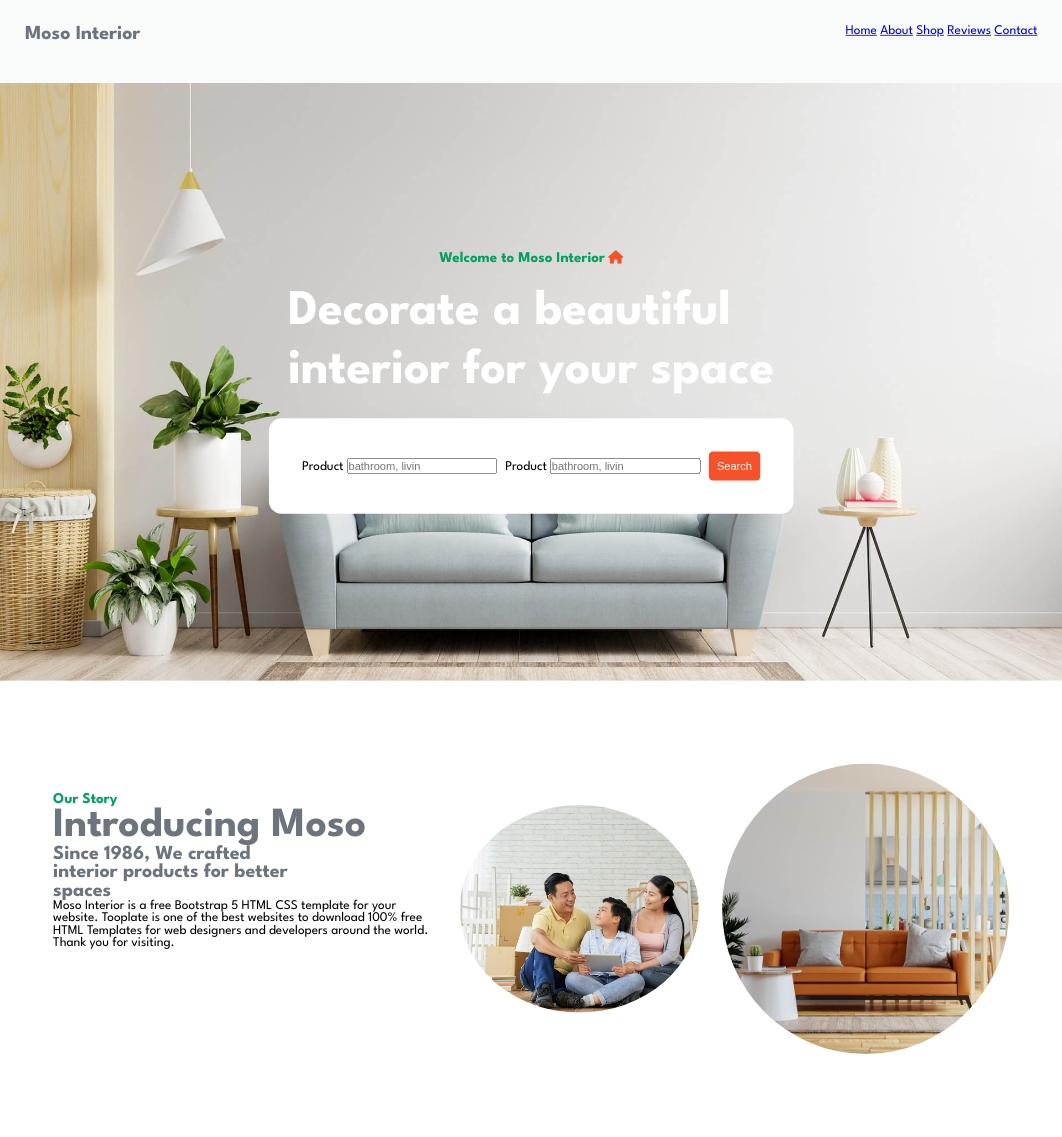
Repository: mariamnabil23/furniture
Page: index.html
These files come from the project's save history. The page is drawn as it stood at one moment and after a run of saves; the edit follows.
The browser window is 1280 px wide. The pictures show the whole page, at 83% of full size.
Some web fonts or font styles are not loaded; a fallback is used.

Above is the page before, as saved 2024-10-30 16:19:50.

### index.html
<!DOCTYPE html>
<html lang="en">

<head>
    <meta charset="UTF-8">
    <meta name="viewport" content="width=device-width, initial-scale=1.0">
    <title>Furnture</title>

    <!-- font awesome -->
    <link rel="stylesheet" href="https://cdnjs.cloudflare.com/ajax/libs/font-awesome/6.0.0-beta3/css/all.min.css">

    <!-- google font -->
    <link rel="preconnect" href="https://fonts.googleapis.com">
    <link rel="preconnect" href="https://fonts.gstatic.com" crossorigin>
    <link
        href="https://fonts.googleapis.com/css2?family=Anton&family=DM+Sans:ital,opsz,wght@0,9..40,100..1000;1,9..40,100..1000&family=Inter:wght@100..900&family=Karla:ital,wght@0,200..800;1,200..800&family=League+Spartan:wght@100..900&family=Montserrat:ital,wght@0,100..900;1,100..900&family=Nunito:ital,wght@0,200..1000;1,200..1000&family=Playwrite+GB+S:ital,wght@0,100..400;1,100..400&family=Saira+Semi+Condensed:wght@100;200;300;400;500;600;700;800;900&family=Sorts+Mill+Goudy:ital@0;1&family=Tajawal:wght@200;300;400;500;700;800;900&family=Work+Sans:ital,wght@0,100..900;1,100..900&family=Yellowtail&family=Zen+Dots&display=swap"
        rel="stylesheet">


    <link rel="stylesheet" href="style.css">
</head>

<body>
    <div class="container">
        <div class="navbar">
            <div class="left">
                <h2>Moso Interior</h2>
            </div>
            <div class="right">
                <ul>
                    <li><a href="#">Home</a></li>
                    <li><a href="#">About</a></li>
                    <li><a href="#">Shop</a></li>
                    <li><a href="#">Reviews</a></li>
                    <li><a href="#">Contact</a></li>
                </ul>
            </div>
        </div>

        <!-- home section -->
        <section class="home">
            <div class="content">
                <div class="top">
                    <h5>Welcome to Moso Interior</h5>
                    <i class="fas fa-home"></i>
                </div>
                <div class="middle">
                    <h1>Decorate a beautiful <br> interior for your space</h1>
                </div>
                <div class="bottom">
                    <div class="l">
                        <label>Product</label>
                        <input placeholder="bathroom, livin">
                    </div>
                    <div class="r">
                        <label>Product</label>
                        <input placeholder="bathroom, livin">
                    </div>
                    <div class="btn">
                        <button>Search</button>
                    </div>
                    <div class="down"><i class="fas fa-arrow"></i></div>
                </div>
            </div>
        </section>

        <!-- about section -->
        <section class="about">
            <div class="content">
                <div class="left">
                    <h5>Our Story</h5>
                    <h1>Introducing Moso</h1>
                    <h2>Since 1986, We crafted <br> interior products for better <br> spaces</h2>
                    <p>Moso Interior is a free Bootstrap 5 HTML CSS template for your website. Tooplate is one of the
                        best websites to download 100% free HTML Templates for web designers and developers around the
                        world. Thank you for visiting.</p>
                </div>
                <div class="middle">
                    <img src="/images/about1.jpg">
                </div>
                <div class="right">
                    <img src="/images/about2.jpg">
                </div>
            </div>
        </section>
    </div>
</body>

</html>

### style.css
@import url('https://fonts.googleapis.com/css2?family=Anton&family=DM+Sans:ital,opsz,wght@0,9..40,100..1000;1,9..40,100..1000&family=Inter:wght@100..900&family=Karla:ital,wght@0,200..800;1,200..800&family=League+Spartan:wght@100..900&family=Montserrat:ital,wght@0,100..900;1,100..900&family=Nunito:ital,wght@0,200..1000;1,200..1000&family=Playwrite+GB+S:ital,wght@0,100..400;1,100..400&family=Saira+Semi+Condensed:wght@100;200;300;400;500;600;700;800;900&family=Sorts+Mill+Goudy:ital@0;1&family=Tajawal:wght@200;300;400;500;700;800;900&family=Work+Sans:ital,wght@0,100..900;1,100..900&family=Yellowtail&family=Zen+Dots&display=swap');


*{
    box-sizing: border-box;
    padding: 0;
    margin: 0;
}
body{
    font-family: "League Spartan", sans-serif;
}
ul{
    list-style: none;
}

.navbar{
    width: 100%;
    height: 100px;
    background-color: rgb(249, 251, 251);
    padding: 30px;
}
.navbar .left{
    float: left;
    display: inline;
}
.navbar .right{
    float: right;
    display: inline;
}
.navbar .right ul li{
    display: inline;
}


/* home */
.home{
    width: 100%;
    height: 100vh;
    background-image: url("/images/home-bg-1.jpg");
    background-size: cover;
    display: flex;
    flex-direction: column;
    align-items: center;
    justify-content: center;
    align-items: center;
}
.home .content{
    display: flex;
    flex-direction: column;
    align-items: center;
    justify-content: center;
    align-items: center;
}
.home .top h5{
    display: inline;
    color: #00a05d;
    font-size: 18px;
}
.home .top i{
    color: #f65129;
}
.home .middle h1{
    color: white;
    font-size: 60px;
    margin: 20px 0;
    line-height: 1.2;
}
.home .bottom {
    background: white;
    border-radius: 15px;
    padding: 40px;
    display: flex;
}
.home .bottom .l,
.home .bottom .r{
    margin: auto;
}
.home .bottom .r,
.home .bottom .btn{
    padding-left: 10px;
}
.home .bottom button{
    background: #f65129;
    padding: 10px;
    color: white;
    border: none;
    border-radius: 5px;
}


/* about */

.about{

}
.about .content{
    display: flex;
    justify-content: space-between;
    align-items: center;
    width: 90%;
    margin: 100px auto;
}
.about .left{
    width: 40%;
    height: 280px;
}
.about .left h5{
    color: #00a05d;
    font-size: 18px;
}
.about .middle{
    width: 25%;
    height: 250px;
}
.about .middle img{
    width: 100%;
    height: 100%;
    object-fit: cover;
    border-radius: 100%;
}
.about .right{
    width: 30%;
    height: 350px;
}
.about .right img{
    width: 100%;
    height: 100%;
    object-fit: cover;
    border-radius: 100%;
}
.about .left h1, h2{
    color: #6c757d;
}
.about .left h1{
    font-size: 50px;
}

After the next 5 saves:
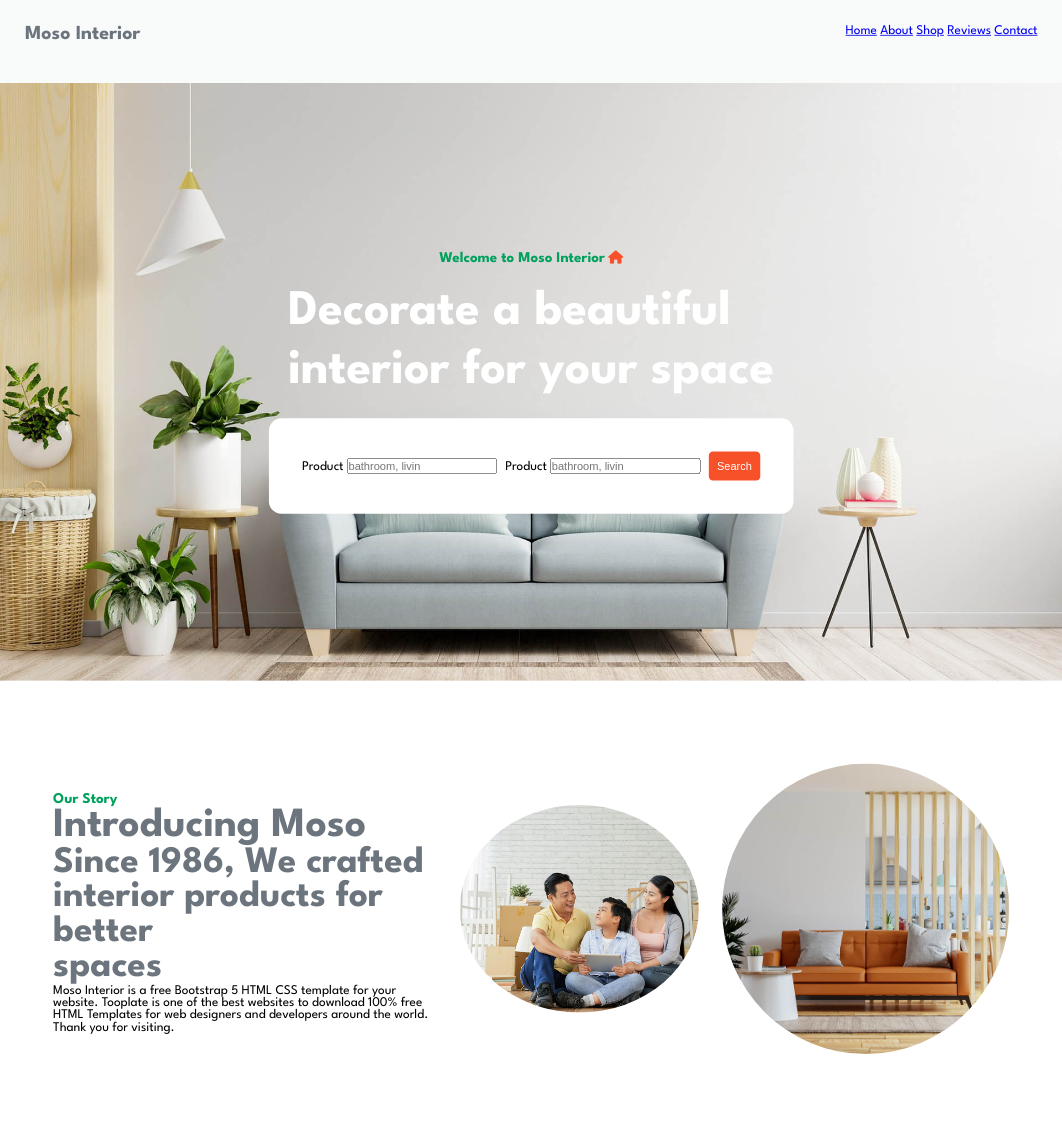
The 5 saves are shown as one change because they came seconds apart.
The last was saved 23 s later.
--- a/style.css
+++ b/style.css
@@ -134,3 +134,6 @@ ul{
 .about .left h1{
     font-size: 50px;
 }
+.about .left h2{
+    font-size: 45px;
+}
